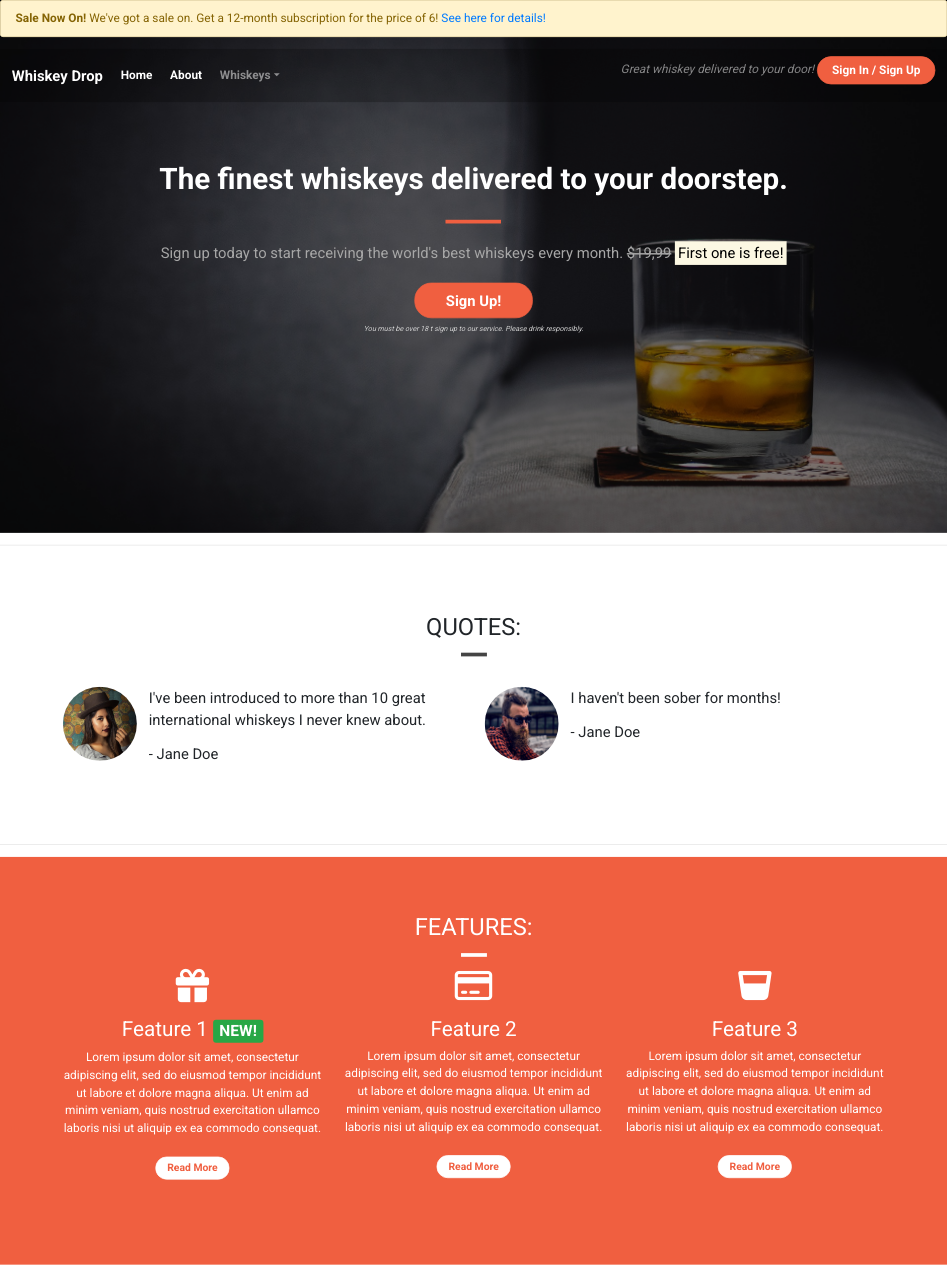
Repository: nitr-am/whiskey-project
Page: index.html
The author's editor kept a record of every edit. The page is drawn from the files as they stood at one moment, then again after the next edit.
The browser window is 1280 px wide. The pictures show the whole page, at 74% of full size.
Backgrounds fixed to the window are drawn as part of the page. Some web libraries are served in a nearby version.

Above is the page before.

After the next edit:
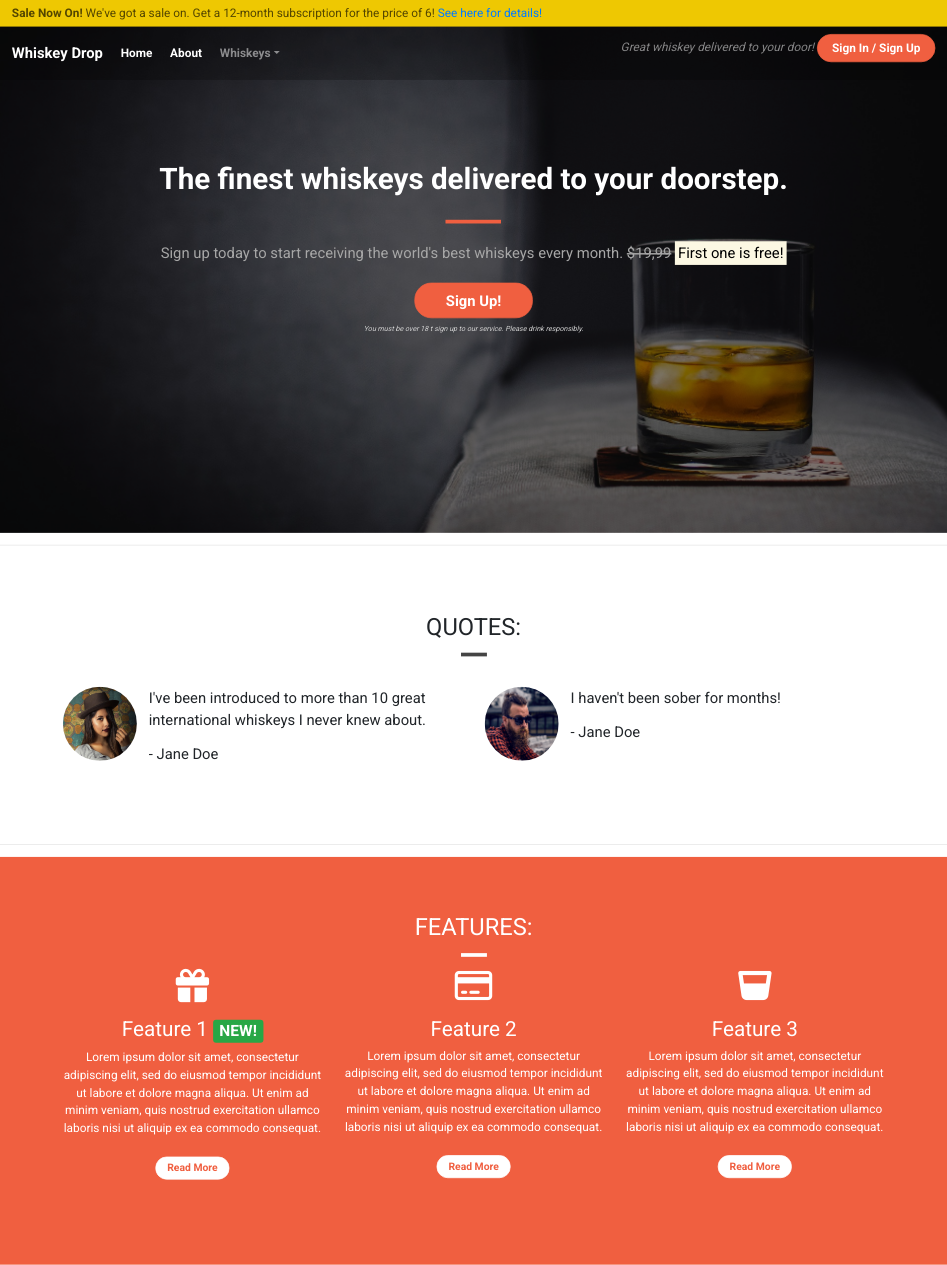
The edit:
--- a/index.html
+++ b/index.html
@@ -17,7 +17,7 @@
         <div class="container-fluid alert-container">
             <div class="row d-none d-sm-block">
                 <div class="col-12">
-                    <div class="site-wide-atert alert alert-warning">
+                    <div class="side-wide-alert alert alert-warning">
                         <strong>Sale Now On!</strong> We've got a sale on. Get a 12-month subscription for the price of 6! <a href="#">See here for details!</a>
                     </div>
                 </div>
